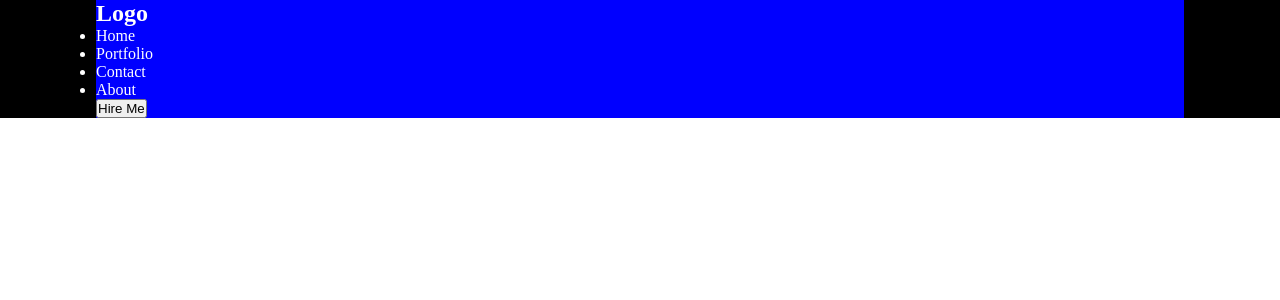
Repository: DevAntonioRogers/vanilla-responsive-navbar
Page: index.html
The author's editor kept a copy of each file at every save. The page is drawn from the files as they stood at one save, then again after the next save.
The browser window is 1280 px wide. The pictures show the whole page.

Above is the page before, as saved 2023-06-04 21:07:11.
Console error: TypeError: Cannot read properties of null (reading 'addEventListener')

After the next save:
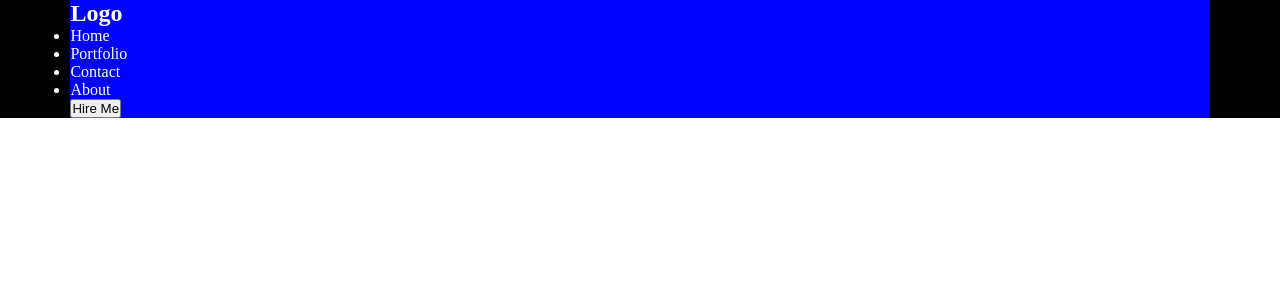
Saved 10 s later.
--- a/style.css
+++ b/style.css
@@ -10,7 +10,7 @@
 
 .nav-container {
   background-color: blue;
-  width: 85%;
+  width: 89%;
   color: white;
   margin: auto;
 }
